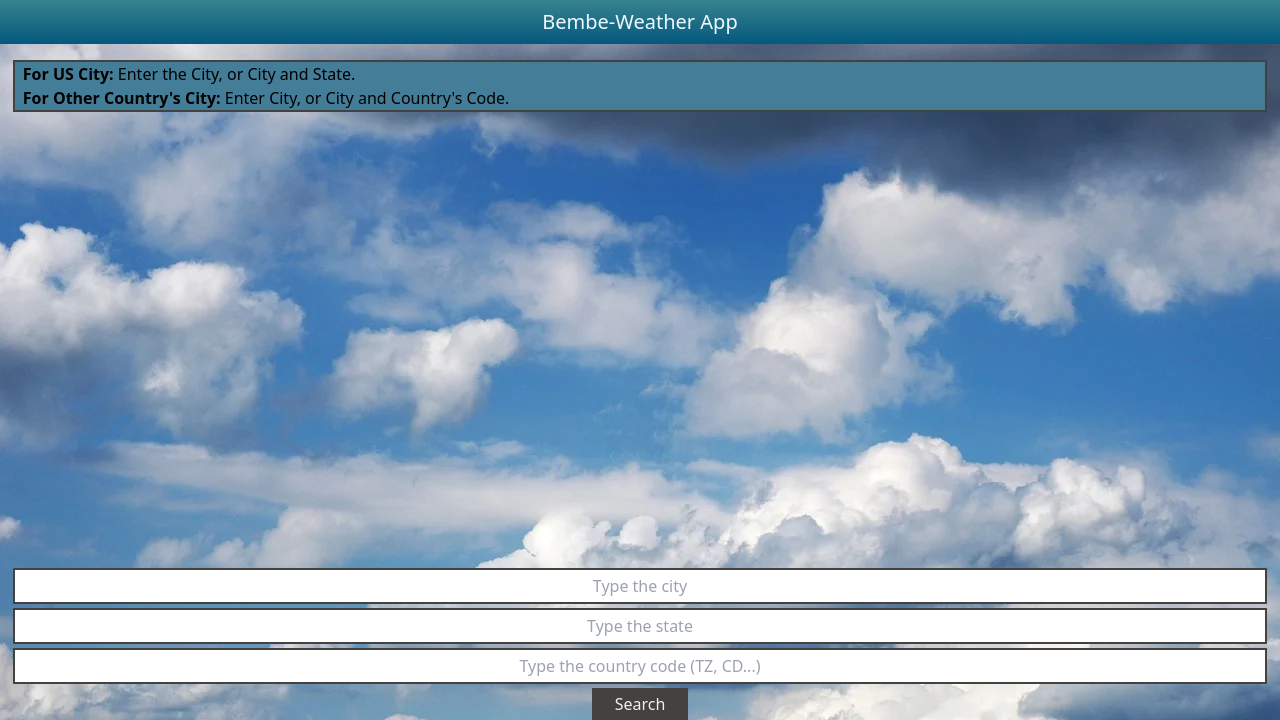
Repository: ShindanoSingi/bembe-weather
Page: /
The author's editor kept a copy of each file at every save. The page is drawn from the files as they stood at one save, then again after the next save.
The browser window is 1280 px wide. The pictures show the whole page.
The page's requests for data from a server got no answer. The project was rebuilt for these pictures with package versions that can differ from the ones it lists, and the page was loaded fresh each time. No one was signed in, and anything a server would have sent is missing.

Above is the page before, as saved 2022-09-16 01:16:06.

After the next save:
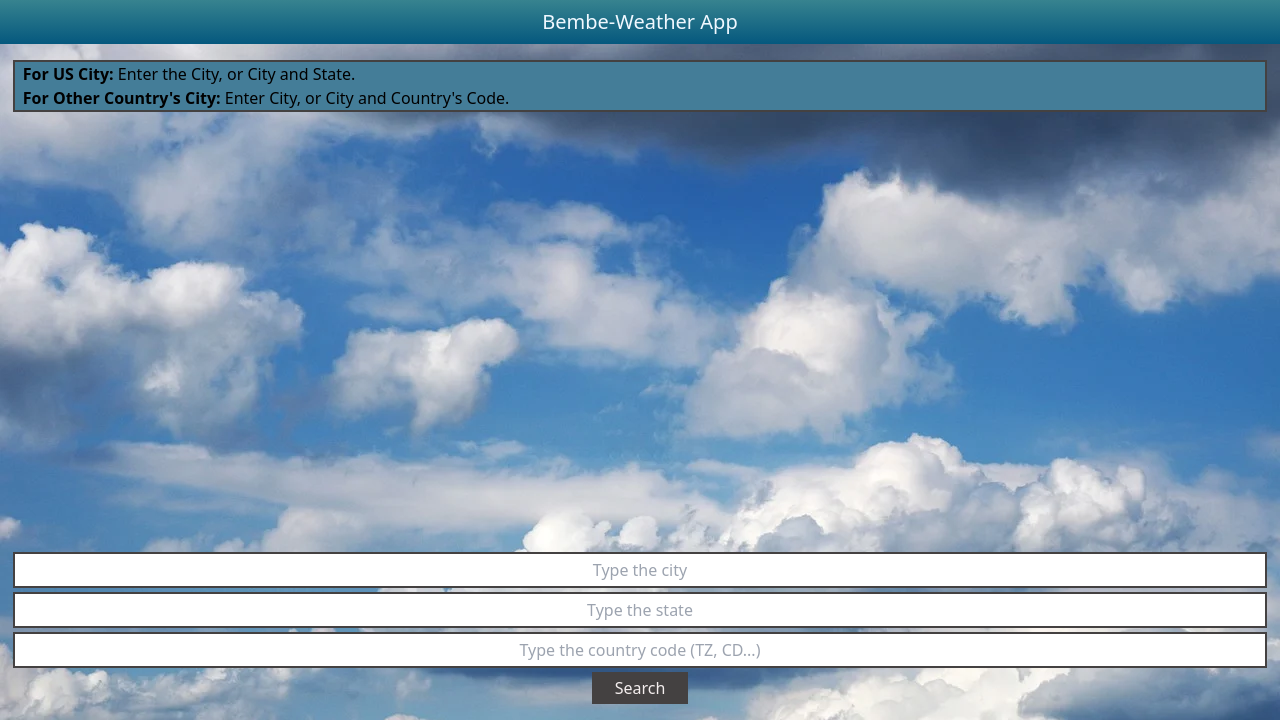
Saved 15 s later.
--- a/src/components/SearchForm.js
+++ b/src/components/SearchForm.js
@@ -10,7 +10,7 @@ const SearchForm = ({
   handleChangeCountry,
 }) => {
   return (
-    <div className="mx-4 md:mb-4 xl:mb-6 lg:mb-8">
+    <div className="mx-1 mb-4 md:mb-4 xl:mb-6 lg:mb-8">
       <form className="gap-4 form-container" onSubmit={handleSubmit} d-flex>
         <div className="flex flex-col items-center gap-1 xl:flex xl:flex-col xl:gap-6 lg:flex lg:flex-col lg:gap-2 form-container">
           <div className="flex flex-col gap-1 xl:flex xl:flex-col xl:gap-6 lg:flex lg:flex-col lg:gap-2 md:flex md:flex-col md:gap-2">
